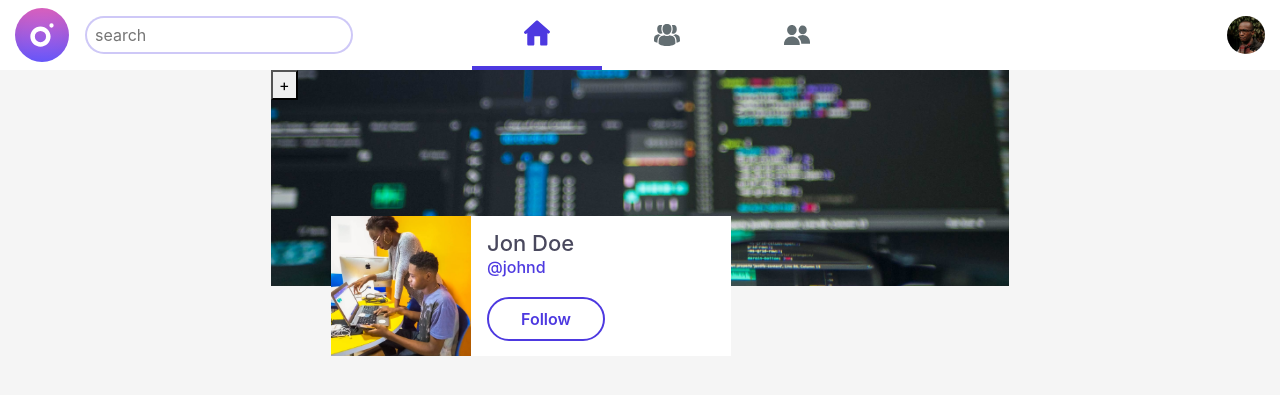
Repository: Flovet-stack/memic
Page: admin-profile.html
The author's editor kept a copy of each file at every save. The page is drawn from the files as they stood at one save, then again after the next save.
The browser window is 1280 px wide. The pictures show the whole page.
Some web fonts or font styles are not loaded; a fallback is used.

Above is the page before, as saved 2020-10-27 23:16:52.
Console error: TypeError: Cannot read properties of undefined (reading 'fn')

### admin-profile.html
<!DOCTYPE html>
<html lang="en">
<head>
    <meta charset="UTF-8">
    <meta name="viewport" content="width=device-width, initial-scale=1.0">
    <link rel="icon" type="image/png" sizes="32x32" href="assets/images/faceit.svg">
    <!-- custom styles -->
    <link rel="stylesheet" href="css/home.css">
    <link rel="stylesheet" href="css/admin-profile.css">

    <!-- custom fonts -->
    <link rel="stylesheet" href="/usr/share/fonts/opentype/malayalam/Manjari-Regular.otf">

    <!-- bootstrap css styles -->
    <link rel="stylesheet" href="dist/css/bootstrap.min.css">
    <title>memes | Home</title>
</head>
<body>
    <!-- start of the home page design template -->

    <!-- start of the head section of the page -->
    <div class="home-head container-fluid">
        <div class="row">
            <div class="home-head-sec-1">
                <div class="logo"><img src="assets/images/faceit.svg" alt=""></div>
                <form>
                    <input data-toggle="tooltip" title="search" type="text" name="" id="" placeholder="search">
                </form>
            </div>
            <div class="home-head-sec-2">
                <a data-toggle="tooltip" title="Home" class="active" href="#">
                    <img class="primary-icon" src="assets/icons/house.svg" alt="">
                    <img class="secondary-icon" src="assets/icons/house-primary.svg" alt="">
                </a>
                <a data-toggle="tooltip" title="Groups" href="#">
                    <img class="primary-icon" src="assets/icons/user-group.svg" alt="">
                    <img class="secondary-icon" src="assets/icons/user-group-primary.svg" alt="">
                </a>
                <a data-toggle="tooltip" title="Friends" href="#">
                    <img class="primary-icon" src="assets/icons/friends.svg" alt="">
                    <img class="secondary-icon" src="assets/icons/friends-primary.svg" alt="">
                </a>
            </div>
            <div class="home-head-sec-3">
                <div class="user-menu">
                    <img src="assets/images/avatar.jpg" alt="">
                </div>
            </div>
        </div>
    </div>
    <!-- end of the head section of the page -->
    <!-- start of the body section of the page -->
    <div class="home-body container-fluid">
        <div class="row">
            <div class="home-center">
                <div class="container-fluid">
                    <div class="profile-card">
                        <div class="profile-cover" style="background: url(assets/images/kevin-ku-w7ZyuGYNpRQ-unsplash.jpg);">
                            <div class="profile-info">
                                <div class="profile-info-pic"><img src="assets/images/Pic.jpg" alt=""></div>
                                <div class="profile-info-details">
                                    <h3>Jon Doe</h3>
                                    <h5>@johnd</h5>
                                    <button class="follow-btn">Follow</button>
                                </div>
                            </div>
                            <button class="change-cover-photo">+</button>
                        </div>
                    </div>
                </div>
            </div>
        </div>
    </div>
    <!-- end of the head section of the page -->

    <!-- end of the home page design template -->

    <script src="dist/js/bootstrap.min.js"></script>
    <script src="https://code.jquery.com/jquery-3.5.1.slim.min.js"
        integrity="sha384-DfXdz2htPH0lsSSs5nCTpuj/zy4C+OGpamoFVy38MVBnE+IbbVYUew+OrCXaRkfj"
        crossorigin="anonymous"></script>
</body>
</html>

### css/home.css
@import 'main-styles.css';
@import 'user-card.css';
@import 'post-card.css';

.home-head {
    width: 100vw;
    height: 70px;
    /* background-color: var(--white-shade-1); */
    background-color: var(--white) !important;
    /* border-bottom: var(--border); */
    padding: var(--padding-1) var(--padding-3);
    position: fixed;
    z-index: 9;
}
.home-head .row {
    text-align: center;
    justify-content: space-between;
}
.home-head-sec-1 {
    width: calc((100vw - 740px) / 2);
    height: calc(70px - (var(--padding-1) * 2));
    display: flex;
}
.home-head-sec-1 .logo {
    height: 100%;
    width: auto;
    display: grid;
    align-items: center;
    justify-content: center;
}
.home-head-sec-1 .logo img {
    height: calc(70px - (var(--padding-1) * 2));
    width: calc(70px - (var(--padding-1) * 2));
}
.home-head-sec-1 form {
    height: 100%;
    width: auto;
    display: grid;
    align-items: center;
    margin-left: var(--padding-2);
}
.home-head-sec-1 form input {
    height: 70%;
    width: auto;
    display: grid;
    justify-content: center;
    outline: none;
    padding: 0 var(--padding-1);
    border: 2px solid var(--secondary-overlay);
    border-radius: var(--border-radius);
    transition-duration: var(--duration);
}
.home-head-sec-1 form input:focus {
    border: 3px solid var(--secondary-overlay);
    transition-duration: var(--duration);
    height: 85%;
}
.home-head-sec-2 {
    height: calc(70px - (var(--padding-1) * 2));
    max-width: 740px;
    width: 740px;
    display: flex;
    align-items: center;
    justify-content: center;
}
.home-head-sec-2 a {
    width: 130px;
    height: 100%;
    display: flex;
    align-items: center;
    justify-content: center;
    outline: none;
    border-radius: var(--border-radius);
    transition-duration: var(--duration);
}
.home-head-sec-2 a:hover {
    background-color: var(--white-shade-1);
    transition-duration: var(--duration);
}
.home-head-sec-2 a img{
    width: 20%;
}
.home-head-sec-3 {
    text-align: right;
    display: grid;
    align-content: center;
    /* background-color: red; */
    width: calc((100vw - 740px) / 2.5);
    height: calc(70px - (var(--padding-1) * 2));
}
.secondary-icon{
    display: none;
}
.home-head-sec-2 a.active {
    height: 70px !important;
    border-radius: 0 !important;
    background-color: transparent;
    border-bottom: 4px solid var(--secondary-color);
}
.home-head-sec-2 .active:hover {
    background-color: transparent !important;
}
.active .secondary-icon {
    display: block;
}
.active .primary-icon {
    display: none;
}
.home-head-sec-3 .user-menu img {
    width: calc(70px - (var(--padding-2) * 2));
    height: calc(70px - (var(--padding-2) * 2));
    border-radius: var(--circular-radius);
}
/* @media (min-width: 768px) {
  .container {
    max-width: 720px;
  }
}

@media (min-width: 992px) {
  .container {
    max-width: 960px;
  }
}

@media (min-width: 1200px) {
  .container {
    max-width: 1140px;
  }
} */

/* start of the home body section */
.home-body {
    width: 100vw;
    /* height: calc(100vh - 70px); */
}
.home-left {
    width: 20vw;
    height: calc(100vh - 70px);
    padding: var(--padding-2);
    position: fixed;
    top: 70px;
    left: 0;
    background-color: var(--white);
}
.home-center {
    /* border-top: var(--border); */
    position: absolute;
    left: 20vw;
    top: 70px;
    width: 60vw;
    height: auto;
    box-sizing: border-box !important;
}
.home-center-sub {
    margin: var(--padding-2) auto;
    width: 75% !important;
    min-width: 430px;
}
.home-right {
    width: 20vw;
    height: calc(100vh - 70px);
    background-color: var(--white);
    position: fixed;
    top: 70px;
    right: 0;
    padding: var(--padding-2);
}
/* end of the home body section */
/* start of the home left section */
.home-left .user-card {
    width: 100%;
}
.home-left .user-card:hover {
    background-color: var(--transparent-overlay);
}
.home-left .user-card .card-time {
    display: none;
}
#home-left-nav-1 {
    width: 100%;
    height: auto;
    margin-top: var(--padding-3) !important;
    padding: 0;
}
.home-left ul {
    width: 100%;
    height: auto;
}
.home-left .nav-item {
    list-style-type: none;
    width: 100%;
    height: auto;
}
.home-left .nav-link {
    width: 100%;
    height: auto;
    font-size: var(--font-size-2);
    border-radius: var(--border-radius);
    background-color: transparent;
    color: var(--text-color);
    font-weight: 500;
    display: flex;
    transition: var(--duration);
}
.home-left .nav-link:hover {
    background-color: var(--transparent-overlay);
    transition: var(--duration);
}
.home-left .nav-link .nav-link-icon {
    width: 15%;
    display: flex;
    justify-content: right;
    align-items: center;
}
.home-left .nav-link .nav-link-detail {
    width: 80% !important;
    /* background-color: rgba(172, 255, 47, 0.596); */
    display: grid;
    align-items: center;
}
.nav-link-detail-text {
    font-size: var(--font-size-2);
    line-height: 18px;
}
.nav-link-detail-info {
    font-size: calc(var(--font-size-1) - 2px);
    line-height: 15px;
    color: var(--secondary-color);
}
.nav-link-icon img {
    width: 40px;
    height: 40px;
}
.home-left hr {
    width: 100%;
    border: none;
    height: 3px;
    background-color: var(--white-shade-2);
}
#home-left-nav-2 h6 {
    color: var(--text-color);
    font-weight: 600;
}
#home-left-footer {
    width: 100%;
    height: au;
    position: absolute;
    top: 100%;
    transform: translateY(-100%);
}
#home-left-footer ul {
    width: 100%;
    height: auto;
    padding: 0 !important;
    padding: 0 5px;
}
#home-left-footer li {
    display: inline-block;
    list-style-type: none;
    color: var(--border-color);
}
#home-left-footer li::after {
    content: '.';
    position: absolute;
    bottom: 50%;
    padding-left: 5px;
}
#home-left-footer li:last-child::after {
    content: '';
}
#home-left-footer a {
    color: var(--dark-overlay);
    font-size: calc(var(--font-size-1) - 3px);
}
#home-left-footer a:hover {
    color: var(--dark-overlay)
}
/* end of the home left section */
/* Start of the status section */
.home-center-top {
    width: 59.2vw;
    height: 3px;
    background-color: var(--white-shade-2);
    position: fixed;
    margin: 0 !important;
    z-index: 9;
    /* padding-top: var(--padding-2); */
}
.status-section {
    width: auto;
    height: 250px;
    display: flex;
    margin-bottom: var(--padding-2);
    transition-duration: var(--duration);
    padding: 0 !important;
}
.status-section:hover {
    transition-duration: var(--duration);
}
.status {
    width: 160px;
    height: 100%;
    border-radius: var(--border-radius);
    background-color: var(--white-shade-2);
    margin-right: var(--padding-1);
    background-repeat: no-repeat !important;
    background-position: center !important;
    background-size: cover !important;
    transition-duration: var(--duration);
}
.status:hover {
    position: relative;
    transform: scale(1.03);
    z-index: 2;
    transition-duration: var(--duration);
}
.status:hover .status-sub {
    background-color: var(--secondary-overlay);
    transition-duration: var(--duration);
}
.status-sub {
    padding-top: var(--padding-2);
    width: 100%;
    height: 100%;
    border-radius: var(--border-radius);
    background: linear-gradient( 130deg, var(--dark-overlay), transparent);
    transition-duration: var(--duration);
}
.status-sub .user-card {
    margin: 0 auto;
    transform: scale(.9);
}
.status-sub .user-card-pic {
    border: 3px solid var(--secondary-color);
}
.status-sub .username,
.status-sub .card-time {
    color: var(--white);
}
/* end of the status section */
/* Start of the right sidebar section */
.home-right .event-section {
    width: 100%;
    height: auto;
}
.right-sidebar-event {
    width: 100%;
    height: auto;
    background-color: transparent;
    display: flex;
    /* transform: scale(.97); */
    border-radius: calc(var(--border-radius));
    transition-duration: var(--duration);
    text-decoration: none;
}
.right-sidebar-event:hover {
    background-color: var(--white-shade-1);
    transition-duration: var(--duration);
    text-decoration: none;
}
.right-sidebar-event-img {
    width: 35%;
    height: auto;
    transform: scale(.9);
}
.right-sidebar-event-img img {
    width: 100%;
    border-radius: calc(var(--border-radius));
}
.right-sidebar-event-details {
    width: 65%;
    display: grid;
    align-content: center;
    padding-left: var(--padding-1);
    color: var(--text-color)
}
.right-sidebar-event-details h5 {
    font-size: var(--font-size-2);
    line-height: .5;
    font-weight: 600;
}
.right-sidebar-event-details h6 {
    font-size: var(--font-size-1);
}
.home-right hr {
    width: 100%;
    border: none;
    height: 3px;
    background-color: var(--white-shade-2);
}
.home-right-notification {
    width: 100%;
    height: auto;
}
.home-right-notification h6 {
    margin-top: var(--padding-2);
    color: var(--text-color);
}
.notification-reply {
    margin-top: var(--padding-1);
    width: 100%;
    height: auto;
    display: flex;
    justify-content: space-between;
}
.notification-reply button {
    width: 49%;
    height: 40px;
    border-radius: var(--border-radius);
    border: none;
    color: var(--text-color);
    transition-duration: var(--duration);
    font-weight: 600;
    outline: none !important;
}
.notification-reply button:hover {
    background-color: var(--white-shade-1);
    transition-duration: var(--duration);
}
.notification-reply button.confirm-request {
    background-color: var(--secondary-color);
    color: var(--white);
    transition-duration: var(--duration);
}
.notification-reply button.confirm-request:hover {
    background-color: var(--secondary-overlay);
    transition-duration: var(--duration);
    color: var(--text-color);
}
/* end of the right sidebar section */

@media (max-width: 768px) {
    .home-head-sec-2 {
        margin: 0 auto;
        width: 340px;
    }
    .home-head-sec-1 form,
    .home-head-sec-3 {
        width: 0px;
        display: none;
        margin: 0 auto;
    }
    .home-head-sec-1 .logo img {
        height: calc(70px - (var(--padding-2) * 2));
        width: calc(70px - (var(--padding-2) * 2));
    }
    .status-section {
        display: none;
    }
    .home-center {
        width: 100vw;
        position: absolute;
        left: 0;
    }
    .post-card {
        width: 100%;
        margin: var(--padding-2) auto;
    }
    .home-right,
    .home-left {
        display: none;
        width: 0px;
    }
}

@media (min-width: 992px) {
    /* .post-card {
        width: 960px;
    } */
}

@media (min-width: 1200px) {
}

### css/admin-profile.css
.profile-card {
    width: 100%;
    height: auto;
    background-color: red;
}
.profile-cover {
    width: 100%;
    height: 30vh;
    background-color: blue;
    background-size: 100% !important;
    background-position: center !important;
}
.profile-info {
    width: 400px;
    height: 140px;
    background-color: var(--white);
    position: absolute;
    top: 100%;
    transform: translate(15%, -50%);
    display: flex;
    /* border-radius: 70px; */
}
.profile-info-pic {
    width: 140px;
    height: 140px;
    background-color: var(--secondary-color);
}
.profile-info-pic img {
    width: 100%;
    height: 100%;
}
.profile-info-details {
    padding: var(--padding-2);
}
.profile-info-details h3 {
    color:var(--text-color);
    font-size: var(--font-size-4);
    line-height: 1;
}
.profile-info-details h5 {
    color:var(--secondary-color);
    font-size: var(--font-size-1);
    line-height: .7;
}
.profile-info-details .follow-btn {
    margin-top: var(--padding-2);
}

### css/main-styles.css
:root {
    /* color palette */
    --white: #fff;
    /* --white: #1e272e !important; */
    --white-shade-0: rgb(253, 253, 253);
    --white-shade-1: #f0f8ff;
    --white-shade-2: #ececec79;
    --white-shade-3: #d0d0d0;
    --border-color: #b2bec3;
    --primary-color: #636E72;
    /* --secondary-color: #6c5ce7; */
    --secondary-color: #4d39e0;
    --secondary-overlay: #4d39e046;
    /* --secondary-overlay: #6c5ce746; */
    --red: #d63031;
    /* --red: #970f3c; */
    --dark-overlay: rgba(10, 2, 19, 0.479);
    --transparent-overlay: #ebf6ff;
    --transparent-overlay-2: #d0d0d059;

    /* text-editing */
    --font-size-1: 16px;
    --font-size-2: 18px;
    --font-size-3: 20px;
    --font-size-4: 22px;
    --normal: 400;
    --light: 200;
    --thick: 600;
    --font-family: Manjari;
    --text-color: rgb(73, 72, 93);
    /* --text-color: #fff; */

    /* box-styling */
    --padding-1: .5rem;
    --padding-2: 1rem;
    --padding-3: 2rem;
    --border-radius: 50px;
    --circular-radius: 50%;
    --border: 2px solid var(--white-shade-2);

    /* animations */
    --duration: .5s;
}

body {
    box-sizing: border-box;
    font-family: var(--font-family);
    overflow-x: hidden;
    background-color: var(--white-shade-2) !important;
}
.row {
    margin-right: 0 !important;
    margin-left: 0 !important;
}
a {
    outline: none !important;
}
.follow-btn {
    border: 2px solid var(--secondary-color);
    background: var(--whi);
    padding: var(--padding-1) var(--padding-3);
    border-radius: var(--border-radius);
    color: var(--secondary-color);
    transition-duration: var(--duration);
    font-weight: 600;
}
.follow-btn:hover {
    background-color: var(--secondary-color);
    color: var(--white);
    transition-duration: var(--duration);
}

### css/user-card.css
/* start of the user card styling */
.user-card {
    width: 150px;
    height: 50px;
    display: flex;
    color: var(--white);
    text-decoration: none;
    border-radius: var(--border-radius);
    transition-duration: var(--duration);
}
.user-card:hover {
    text-decoration: none;
    background-color: var(--transparent-overlay-2);
    transition-duration: var(--duration);
}
.user-card-pic {
    width: 50px;
    height: 50px;
    border-radius: var(--circular-radius);
    background-repeat: no-repeat !important;
    background-position: center !important;
    background-size: cover !important;
}
.user-card-detail {
    width: auto;
    height: 50px;
    padding-left: var(--padding-1);
    color: var(--text-color);
    display: grid;
    align-content: center;
}
.username {
    font-size: var(--font-size-2);
    font-weight: 600;
}
.card-time {
    font-size: var(--font-size-1);
    color: var(--secondary-color);
}
/* end of the user card styling */

### css/post-card.css
.post-card {
    width: 80%;
    margin: var(--padding-2) auto;
    background-color: var(--white);
    border-radius: var(--border-radius);
    padding: var(--padding-2) 0;
    /* background-color: var(--transparent-overlay); */
    background-color: var(--white);
    border: var(--border);
}
.post-card .user-card {
    margin-left: var(--padding-2);
}
/* .post-card .user-card:hover {
    background-color: var(--secondary-overlay);
} */
.post-card img {
    width: 100%;
}
.post-img {
    transform: scale(.97);
    border-radius: var(--border-radius) !important;
    background-color: var(--transparent-overlay);
}
.post-card-footer {
    margin-top: var(--padding-1);
    padding: 0 var(--padding-2);
    width: 100%;
    display: flex;
    height: auto;
}
.react,
.actions {
    width: 50%;
    height: 50px;
    display: grid;
    align-items: center;
}
.react-sub,
.actions-sub {
    width: 100%;
    height: 100%;
    display: flex;
    text-align: left;
}
.actions-sub {
    flex-direction: row-reverse;
}
.actions-sub a {
    flex-direction: row-reverse;
    margin-right: 0 !important;
    margin-left: var(--padding-1) !important;
}
.react-sub a,
.actions-sub a {
    width: 50px;
    height: 50px;
    background-color: transparent;
    margin-right: var(--padding-1);
    display: flex;
    align-items: center;
    justify-content: center;
    border-radius: var(--circular-radius);
}
.react-sub a img,
.actions-sub a img {
    width: 60%;
    height: auto;
    padding: 0 !important;
    transition-duration: var(--duration);
    border-radius: none !important;
}
.react-sub a:hover,
.actions-sub a:hover {
    background-color: var(--secondary-overlay);
    transition-duration: var(--duration);
}
.react-sub .dislike img{
    transform: rotatez(180deg) !important;
}
.share-options {
    height: auto;
    /* width: 0px; */
    width: calc((30px * 4) + ((var(--padding-1) * 2) * 6));
    background-color: var(--white);
    border-radius: var(--border-radius);
    padding:  var(--padding-1);
    /* box-shadow: 4px 4px 10px 3px var(--white-shade-2); */
    position: absolute;
    /* left: 100px; */
    margin-top: -60px;
    /* margin-left: 200px; */
    transform: scale(.9);
    transition-duration: 1s;
}
.share-options ul {
    width: auto;
    padding: 0 !important;
    margin: 0 !important;
}
.share-options li {
    width: auto;
    display: inline-block;
}
.share-options a{
    padding: var(--padding-1);
    /* background-color: red; */
}
.share-options a:hover {
    background-color: transparent;
}
.share-options a img{
    width: 30px;
    height: 30px;
    padding: .2rem !important;
    transition-duration: var(--duration);
}
.share-options a img:hover {
    transform: scale(1.3);
    transition-duration: var(--duration);
}
.share-icon {
    transition-duration: 1s
}
.share-icon:hover ~ .share-options {
    transition-duration: 1s;
    transform: scale(1);
}

.comment-section {
    width: 100%;
    padding: 0 var(--padding-2);
}
.comment-section h4 {
    font-size: var(--font-size-1);
    color: var(--text-color);
    font-weight: 600;
    margin-bottom: var(--padding-2);
}
.comment-form {
    display: flex;
    justify-content: space-between;
    margin-bottom: var(--padding-3);
}
.comment-form img {
    width: 50px;
    height: 50px;
    padding: 0 !important;
    border-radius: var(--circular-radius);
    margin-right: var(--padding-2);
}
.comment-form textarea {
    width: 75%;
    height: 50px;
    outline: none;
    font-size: var(--font-size-2);
    color: var(--text-color);
    padding: var(--padding-1) var(--padding-2);
    border: 1px solid var(--white);
    border-radius: var(--border-radius);
    transition-duration: var(--duration);
    margin-right: var(--padding-1);
    background-color: var(--white-shade-2);
}
.comment-form textarea:hover {
    border: 1px solid var(--secondary-overlay);
    transition-duration: var(--duration);
}
.comment-form textarea:focus {
    border: 1px solid var(--secondary-overlay);
    background-color: var(--white);
    transition-duration: var(--duration);
}
.comment-form button {
    outline: none !important;
    background-color: var(--secondary-overlay);
    border: none;
    border-radius: var(--circular-radius);
    color: var(--white);
    transition-duration: var(--duration);
}
.comment-form button:hover {
    outline: none;
    background-color: var(--secondary-color);
    transition-duration: var(--duration);
}
.comment {
    width: 95%;
    margin: 0 auto;
    height: auto;
    /* border-bottom: var(--border); */
}
.comment .user-card {
    margin: 0 !important;
}
.comment .user-card-pic {
    width: 30px;
    height: 30px;
    margin-top: 10px;
}
.comment .username {
    font-size: var(--font-size-1);
    line-height: .5;
}
.comment .card-time {
    font-size: calc(var(--font-size-1) - 2px) !important;
    /* line-height: .5; */
}
.comment .comment-content p {
    width: auto;
    height: auto;
    color: var(--text-color);
    margin: 0 calc(var(--padding-1) * 7);
    background-color: var(--white-shade-1);
    padding: var(--padding-1) var(--padding-3);
    border-radius: var(--border-radius);

    /* line-height: 5px; */
}
.comment .comment-like {
    height: 20px;
    font-size: calc(var(--font-size-1) - 2px);
    padding: 0 var(--padding-1);
    border-radius: var(--border-radius);
    position: relative;
    border: none;
    outline: none;
    /* bottom: 100%; */
    left: calc(100% - ((var(--padding-1) * 7) + 1.5rem));
    background-color: var(--secondary-color);
    color: var(--white);
    transition-duration: var(--duration);
    transform: translateY(-125%);
    display: flex;
    align-items: center;
    justify-content: center;
}
.comment .comment-like:hover {
    padding: 0 calc(var(--padding-1) + .1rem);
    transition-duration: var(--duration);
    background-color: var(--secondary-overlay);
}
.comment .comment-like img {
    width: 15px;
    height: 15px;
    margin-left: .3rem;
    transform: translateY(-1.5px);
}

/* @media (min-width: 768px) {
}

@media (min-width: 992px) {
}

@media (min-width: 1200px) {
} */

Loaded but not shown: dist/css/bootstrap.min.css (library); dist/js/bootstrap.min.js (library)

After the next save:
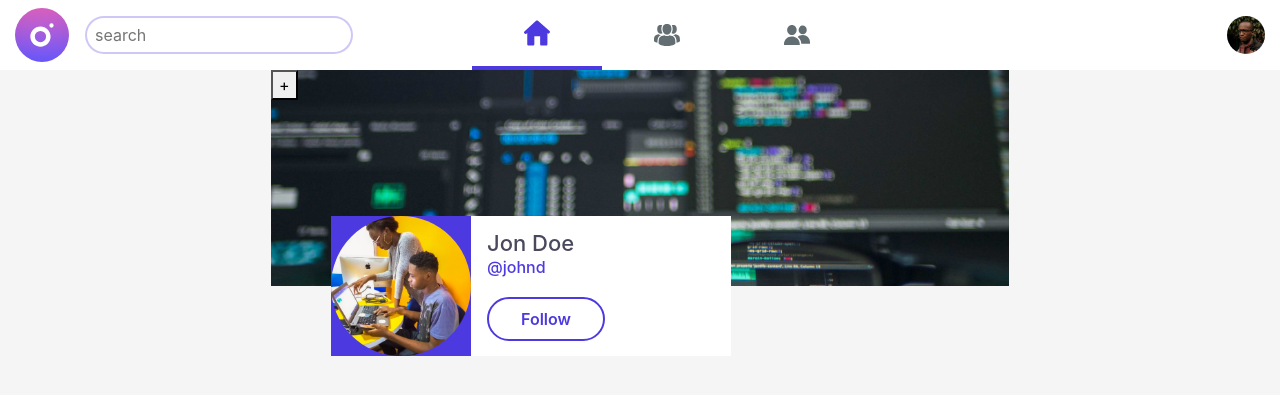
Saved 39 s later.
--- a/css/admin-profile.css
+++ b/css/admin-profile.css
@@ -28,6 +28,7 @@
 .profile-info-pic img {
     width: 100%;
     height: 100%;
+    border-radius: var(--circular-radius);
 }
 .profile-info-details {
     padding: var(--padding-2);
